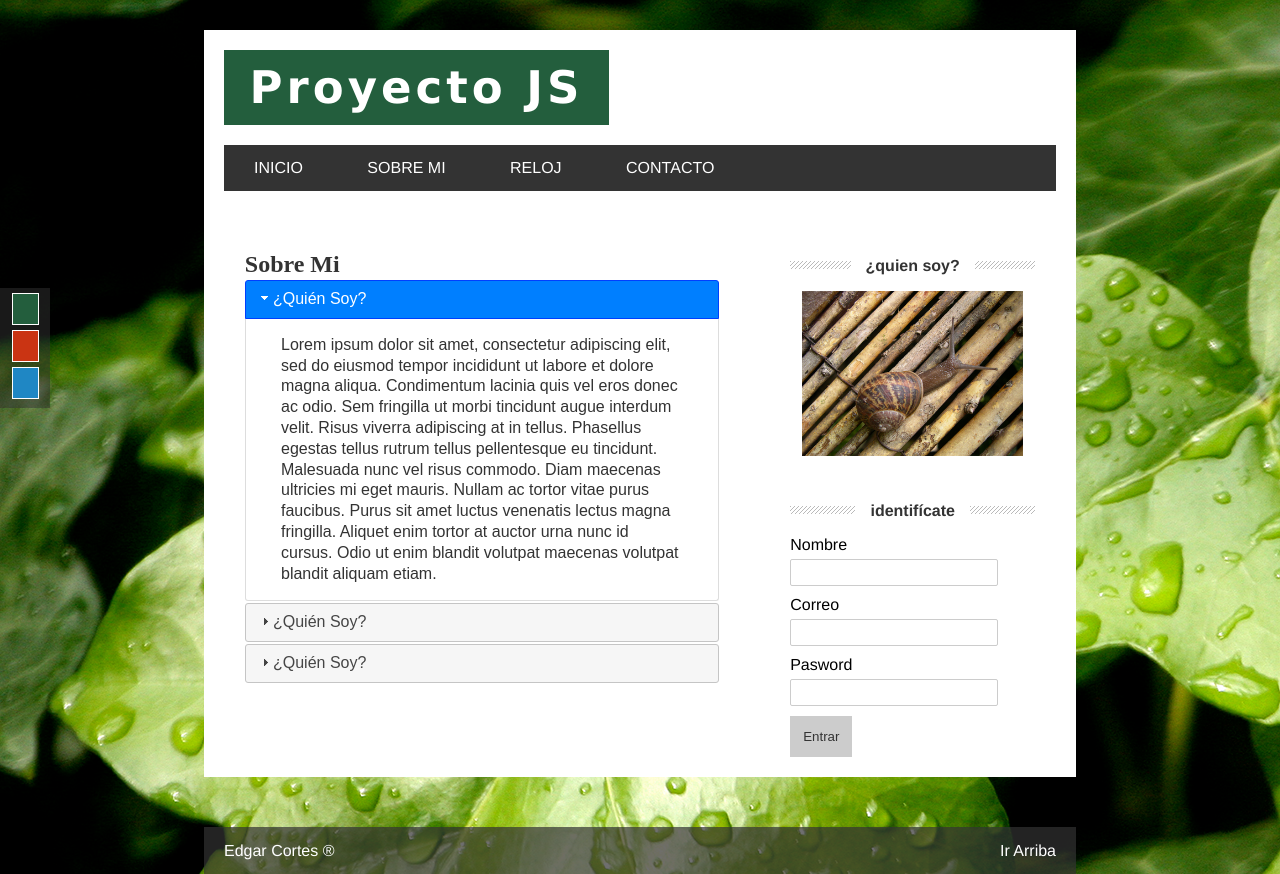
Repository: eucortes/demopage
Page: javascript/Proyecto/About.html
An editor plug-in stored every save of this project. The page is shown before and after the next save, followed by the edit.
The browser window is 1280 px wide. The pictures show the whole page.
Backgrounds fixed to the window are drawn as part of the page. Some web libraries are served in a nearby version.

Above is the page before, as saved 2019-09-24 18:40:42.

After the next save:
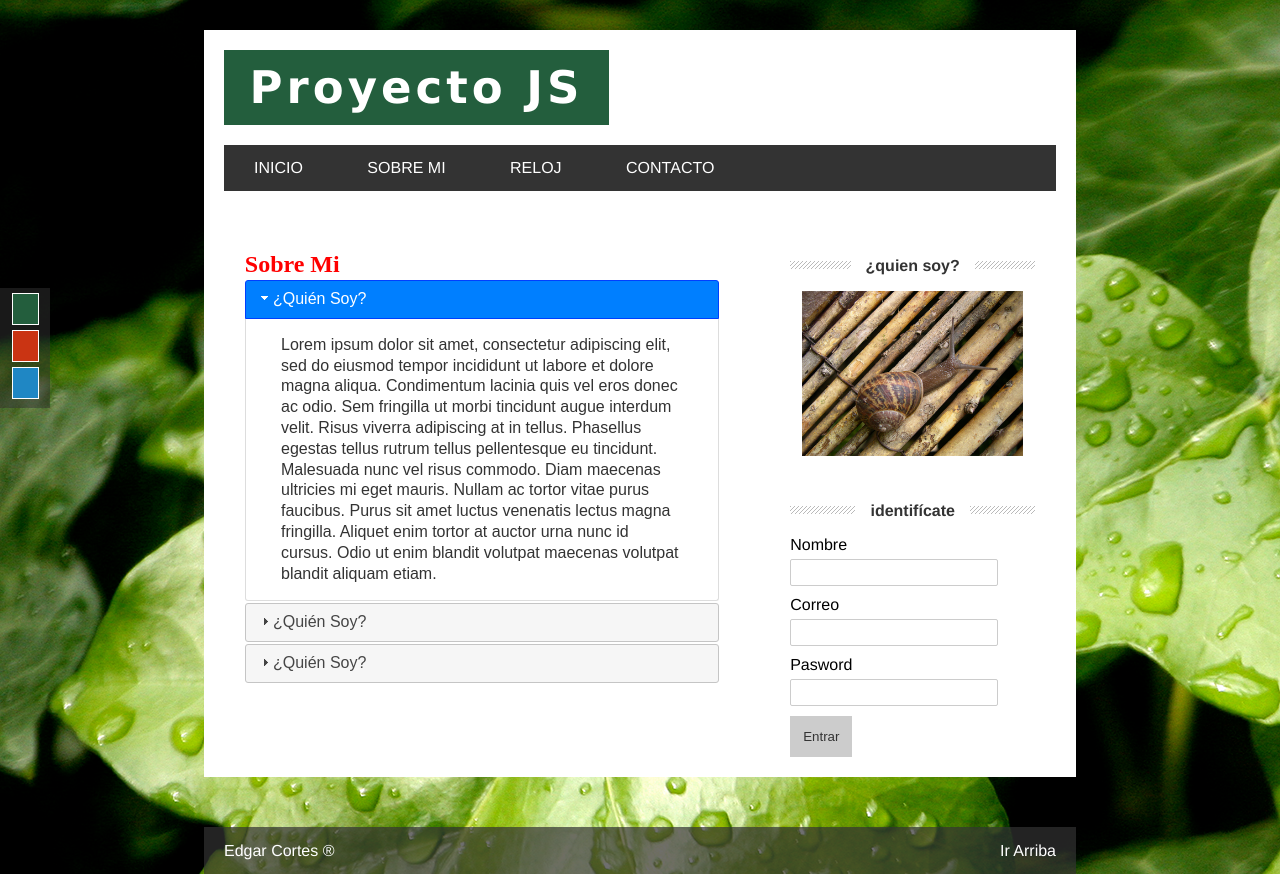
Saved 11 s later.
--- a/javascript/Proyecto/css/styles-about.css
+++ b/javascript/Proyecto/css/styles-about.css
@@ -5,5 +5,5 @@
 }
 #box h2{
         font-size: 30;
-    color: #333;
+    color:red;// #333;
 }

After the 2 saves that followed:
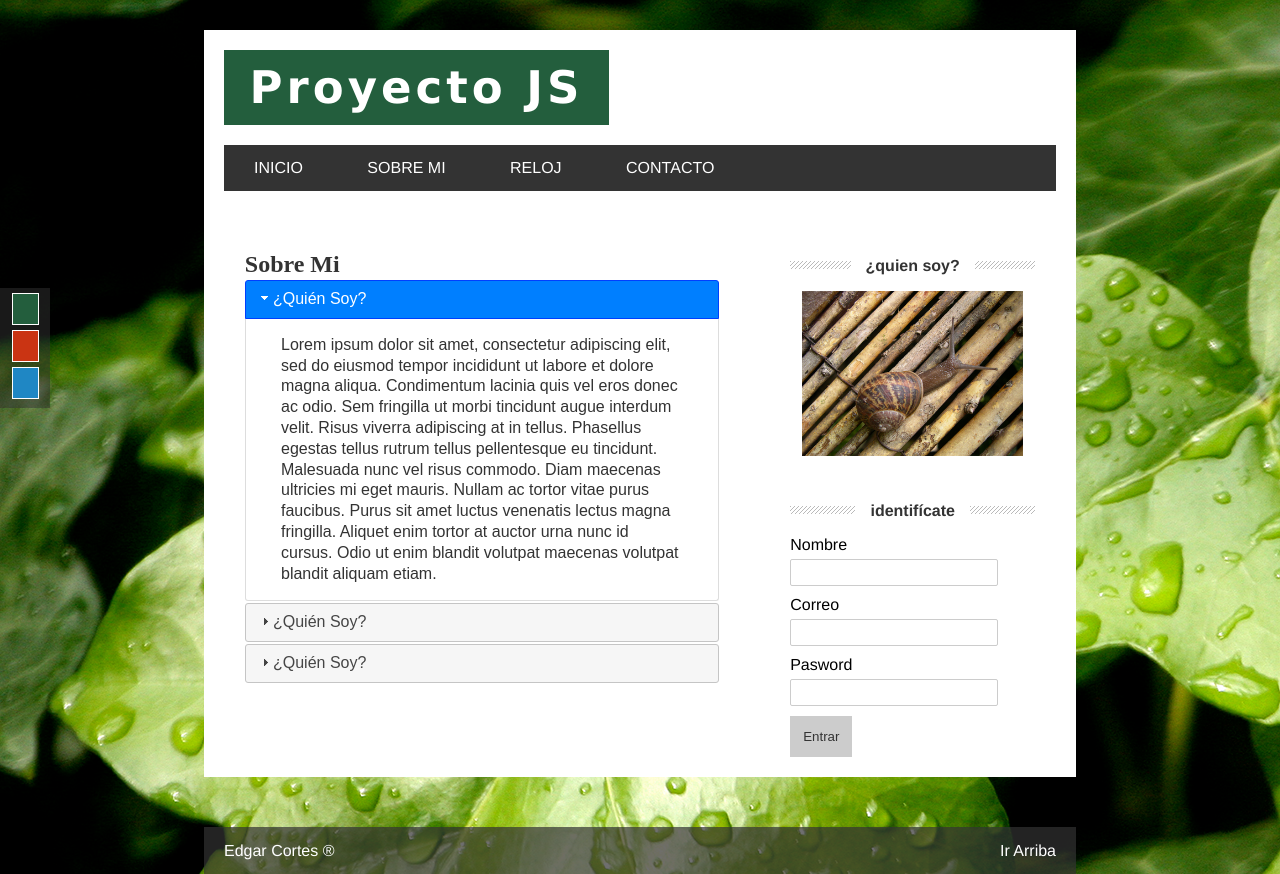
The 2 saves are shown as one change because 1 left the picture as it was.
The last was saved 33 s later.
--- a/javascript/Proyecto/css/styles-about.css
+++ b/javascript/Proyecto/css/styles-about.css
@@ -5,5 +5,5 @@
 }
 #box h2{
         font-size: 30;
-    color:red;// #333;
+    color: #333;
 }
